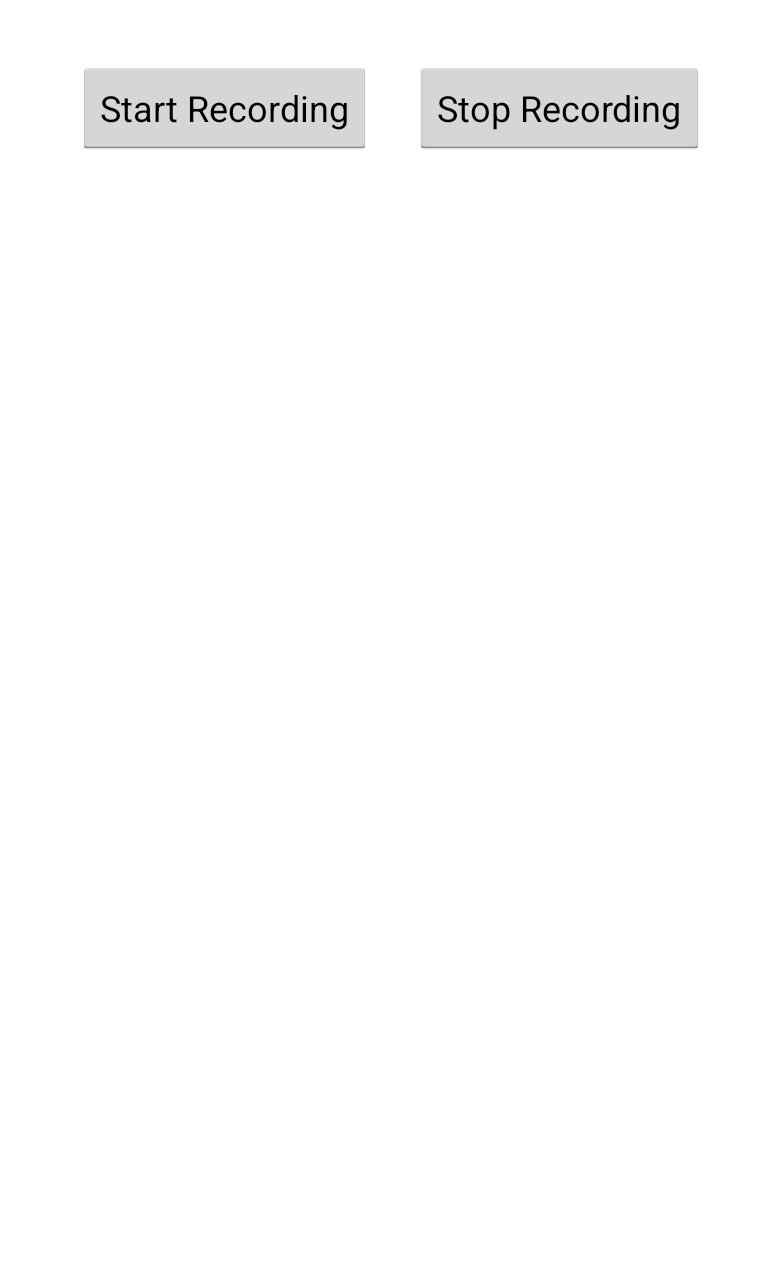
Repository: a20r/locaudio
Layout: app/Locabean/res/layout/activity_node.xml
These files come from the project's save history. The layout is drawn as it stood at one moment and after the next save; the edit follows.
It is drawn on a 768 x 1280 px phone screen (xhdpi) without system bars, with theme AppTheme; the app's code is not run.

Above is the layout before, as saved 2014-01-18 19:28:19.

### app/Locabean/res/layout/activity_node.xml
<RelativeLayout xmlns:android="http://schemas.android.com/apk/res/android"
    xmlns:tools="http://schemas.android.com/tools"
    android:layout_width="match_parent"
    android:layout_height="match_parent"
    android:paddingBottom="@dimen/activity_vertical_margin"
    android:paddingLeft="@dimen/activity_horizontal_margin"
    android:paddingRight="@dimen/activity_horizontal_margin"
    android:paddingTop="@dimen/activity_vertical_margin"
    tools:context=".NodeActivity" >

    <Button
        android:id="@+id/btnStart"
        android:layout_width="wrap_content"
        android:layout_height="wrap_content"
        android:layout_alignParentLeft="true"
        android:layout_alignParentTop="true"
        android:layout_marginLeft="22dp"
        android:layout_marginTop="14dp"
        android:text="Start Recording" />

    <Button
        android:id="@+id/btnStop"
        android:layout_width="wrap_content"
        android:layout_height="wrap_content"
        android:layout_alignBottom="@+id/btnStart"
        android:layout_marginLeft="20dp"
        android:layout_toRightOf="@+id/btnStart"
        android:text="Stop Recording" />

</RelativeLayout>

Loaded but not shown: app/Locabean/res/values/styles.xml (common file); app/Locabean/res/values-v11/styles.xml (common file); app/Locabean/res/values-v14/styles.xml (common file); app/Locabean/res/values/dimens.xml (common file)

After the next save:
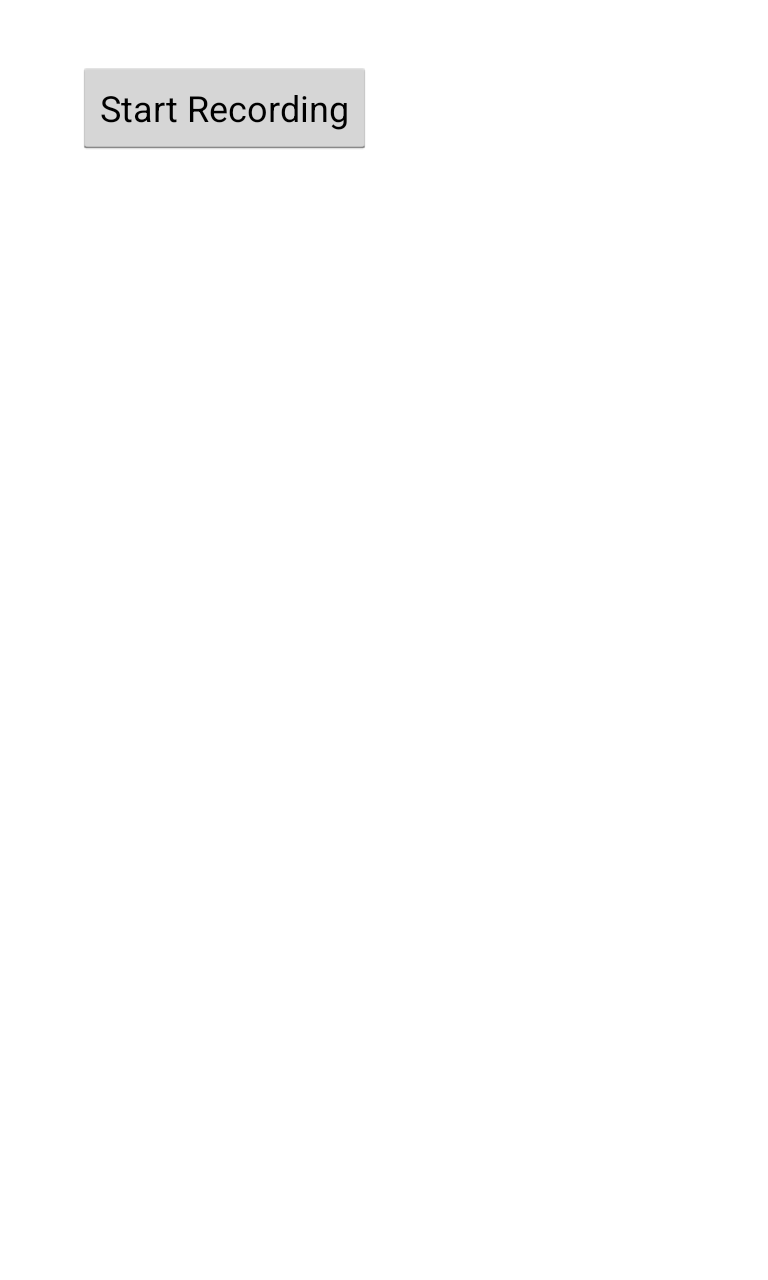
Saved 22 s later.
--- a/app/Locabean/res/layout/activity_node.xml
+++ b/app/Locabean/res/layout/activity_node.xml
@@ -18,13 +18,4 @@
         android:layout_marginTop="14dp"
         android:text="Start Recording" />
 
-    <Button
-        android:id="@+id/btnStop"
-        android:layout_width="wrap_content"
-        android:layout_height="wrap_content"
-        android:layout_alignBottom="@+id/btnStart"
-        android:layout_marginLeft="20dp"
-        android:layout_toRightOf="@+id/btnStart"
-        android:text="Stop Recording" />
-
 </RelativeLayout>
